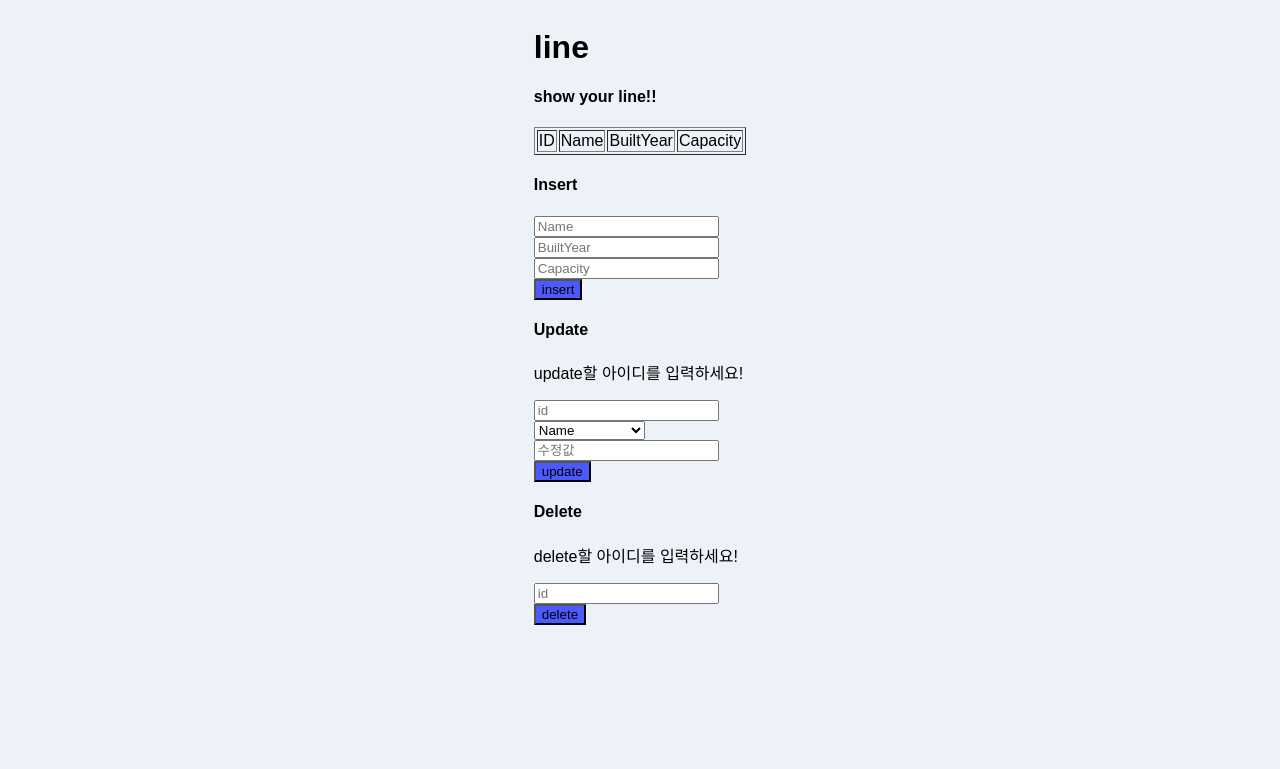
Repository: CISXO/JSP
Page: http://localhost/DB_Project/DB/line.jsp
An editor plug-in stored every save of this project. The page is shown before and after the next save, followed by the edit.
The browser window is 1280 px wide. The pictures show the whole page.
The page is served by Tomcat 9. Queries for data that is not in the repository find no rows.

Above is the page before, as saved 2022-12-21 15:59:30.

### DbProject/DB_Project/src/main/webapp/DB/line.jsp
<%@ page language="java" contentType="text/html; charset=EUC-KR"
    pageEncoding="EUC-KR" import="java.sql.*"%>
<!DOCTYPE html>
<html>
<style>

body {
    font-family: 'Noto Sans KR', sans-serif;
    display: flex;
    justify-content: center;
    height: 95vh;
}

</style>
<head>
<meta charset="EUC-KR">
<title>Insert title here</title>
</head><%

Class.forName("org.mariadb.jdbc.Driver");
String jdbcDriver = "jdbc:mariadb://localhost:3306/homework";
String dbUser = "root";
String dbPass = "22489612up!";


Connection conn = null;
Statement stmt = null;
ResultSet result = null;

try {
	conn = DriverManager.getConnection(jdbcDriver, dbUser, dbPass);
	stmt = conn.createStatement();
	String query = "SELECT * FROM line";
	result = stmt.executeQuery(query);

%>

<body style="background-color: #edf2f9 !important;">
    <div>
        <h1 class="title">line</h1>
        <h4 class="titleScript">
				show your line!!
        </h4>
        <div>
                <table border = "1">
                    <thead>
                        <tr>
                        <td>ID</td>
                        <td>Name</td>
                        <td>BuiltYear</td>
                        <td>Capacity</td>
                        </tr>
                    </thead>
                    <%
                    while(result.next()) {
                    %>
                    <tbody>
                        <tr onclick="trClick(this)">
                        	<td><%=result.getInt("ID")%></td>
                            <td><%=result.getString("Name")%></td>
                            <td><%=result.getString("BuiltYear")%></td>
                            <td><%=result.getString("Capacity")%></td>
                        </tr>

                    </tbody>
                    <%} %>
                </table>
        </div>
        <form id="line_insert" action ="line.jsp" method="get">
        <h4>Insert</h4>
        <div class="row">
        <input id="Name" name="Name" type="text" placeHolder="Name">
        </div>
        <div class="row">
        <input id="BuiltYear" name="BuiltYear" type="text" placeHolder="BuiltYear">
        </div>
        <div class="row">
        <input id="Capacity" name="Capacity" type="text" placeHolder="Capacity">
        </div>
        <div class="line_insert_button">
        <button id="insert_button1" type = "submit" style="background-color: #4c59fd">insert</button>
        </div>
        <input name="manage_num" type="hidden" value="1">
        </form>


        <form id="Head_update" action="./manage/Head_manage.jsp" method="get">
         <h4>Update</h4>
        <p>update할 아이디를 입력하세요!</p>
       <div class="row">
        <input id="head_id" name="headupdate_id" type="text" placeHolder="id">
        </div>
       <div class="row">
      <select name="select">
        <option>Name</option>
        <option>Planet</option>
        <option>Continent</option>
        <option>ManagerName</option>
        <option>Budget</option>
      </select>
        </div>
       <div class="row">
        <input id="head_id" name="update" type="text" placeHolder="수정값">
        </div>
        <div>
        <button id="update_button1" type = "submit" style="background-color: #4c59fd">update</button>
        </div>
        <input name="manage_num" type="hidden" value="2">
        </form>

        <form id="Head_delete" action="./manage/Head_manage.jsp" method="get">
        <h4>Delete</h4>
        <p>delete할 아이디를 입력하세요!</p>
        <div class="row">
        <input id="head_id" name="headdelete_id" type="text" placeHolder="id">
        </div>
        <div>
        <button id="delete_button1" type = "submit" style="background-color: #4c59fd">delete</button>
        </div>
        <br><br><br><br> <br><br><br><br>
        <input name="manage_num" type="hidden" value="3">
        </form>
    </div>
<%
	result.close();
	stmt.close();
	conn.close();
} catch(SQLException e) {
	out.println("err."+e.toString());
}
	%>
</body>
</html>

After the next save:
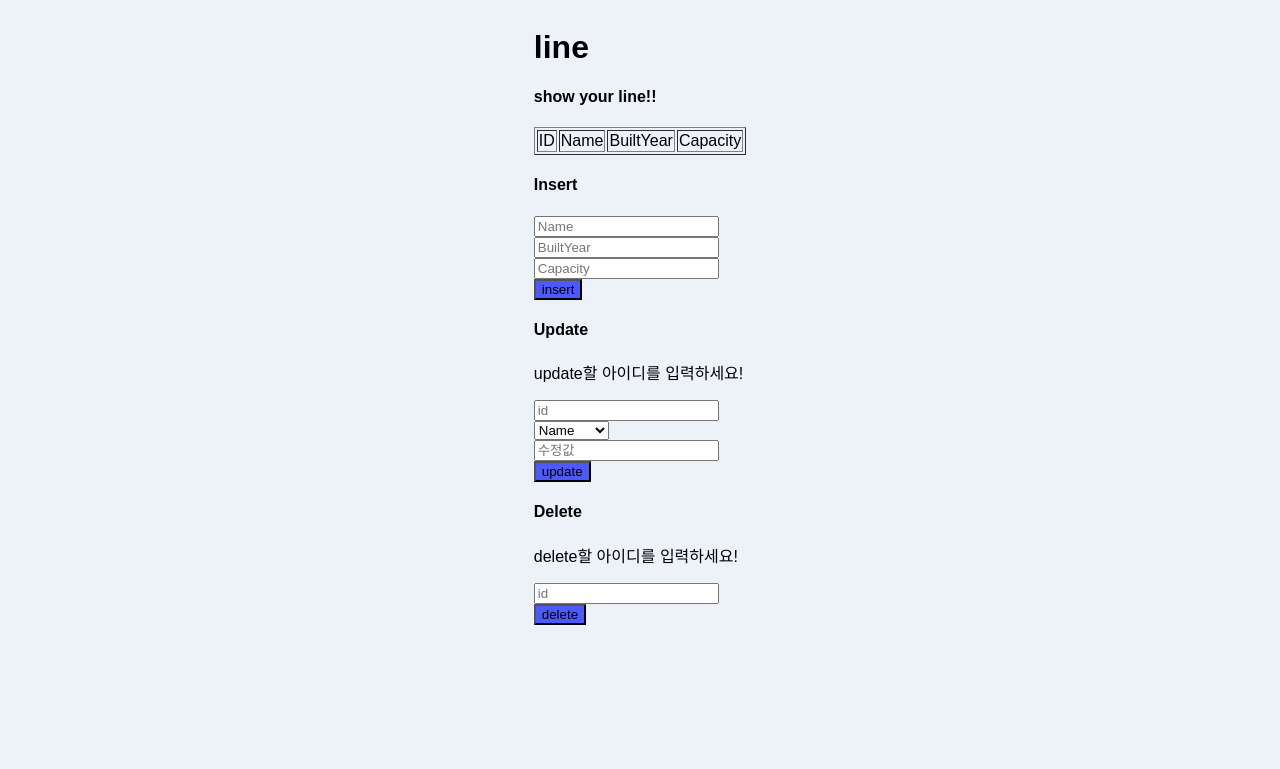
Saved 105 s later.
--- a/DbProject/DB_Project/src/main/webapp/DB/line.jsp
+++ b/DbProject/DB_Project/src/main/webapp/DB/line.jsp
@@ -66,7 +66,7 @@ try {
                     <%} %>
                 </table>
         </div>
-        <form id="line_insert" action ="line.jsp" method="get">
+        <form id="line_insert" action ="./manage/line_manage.jsp" method="get">
         <h4>Insert</h4>
         <div class="row">
         <input id="Name" name="Name" type="text" placeHolder="Name">
@@ -84,7 +84,7 @@ try {
         </form>
 
 
-        <form id="Head_update" action="./manage/Head_manage.jsp" method="get">
+        <form id="Head_update" action="./manage/line_manage.jsp" method="get">
          <h4>Update</h4>
         <p>update할 아이디를 입력하세요!</p>
        <div class="row">
@@ -93,22 +93,20 @@ try {
        <div class="row">
       <select name="select">
         <option>Name</option>
-        <option>Planet</option>
-        <option>Continent</option>
-        <option>ManagerName</option>
-        <option>Budget</option>
+        <option>BuiltYear</option>
+        <option>Capacity</option>
       </select>
         </div>
        <div class="row">
-        <input id="head_id" name="update" type="text" placeHolder="수정값">
+        <input name="update" type="text" placeHolder="수정값">
         </div>
         <div>
-        <button id="update_button1" type = "submit" style="background-color: #4c59fd">update</button>
+        <button type = "submit" style="background-color: #4c59fd">update</button>
         </div>
         <input name="manage_num" type="hidden" value="2">
         </form>
 
-        <form id="Head_delete" action="./manage/Head_manage.jsp" method="get">
+        <form id="Head_delete" action="./manage/line_manage.jsp" method="get">
         <h4>Delete</h4>
         <p>delete할 아이디를 입력하세요!</p>
         <div class="row">
